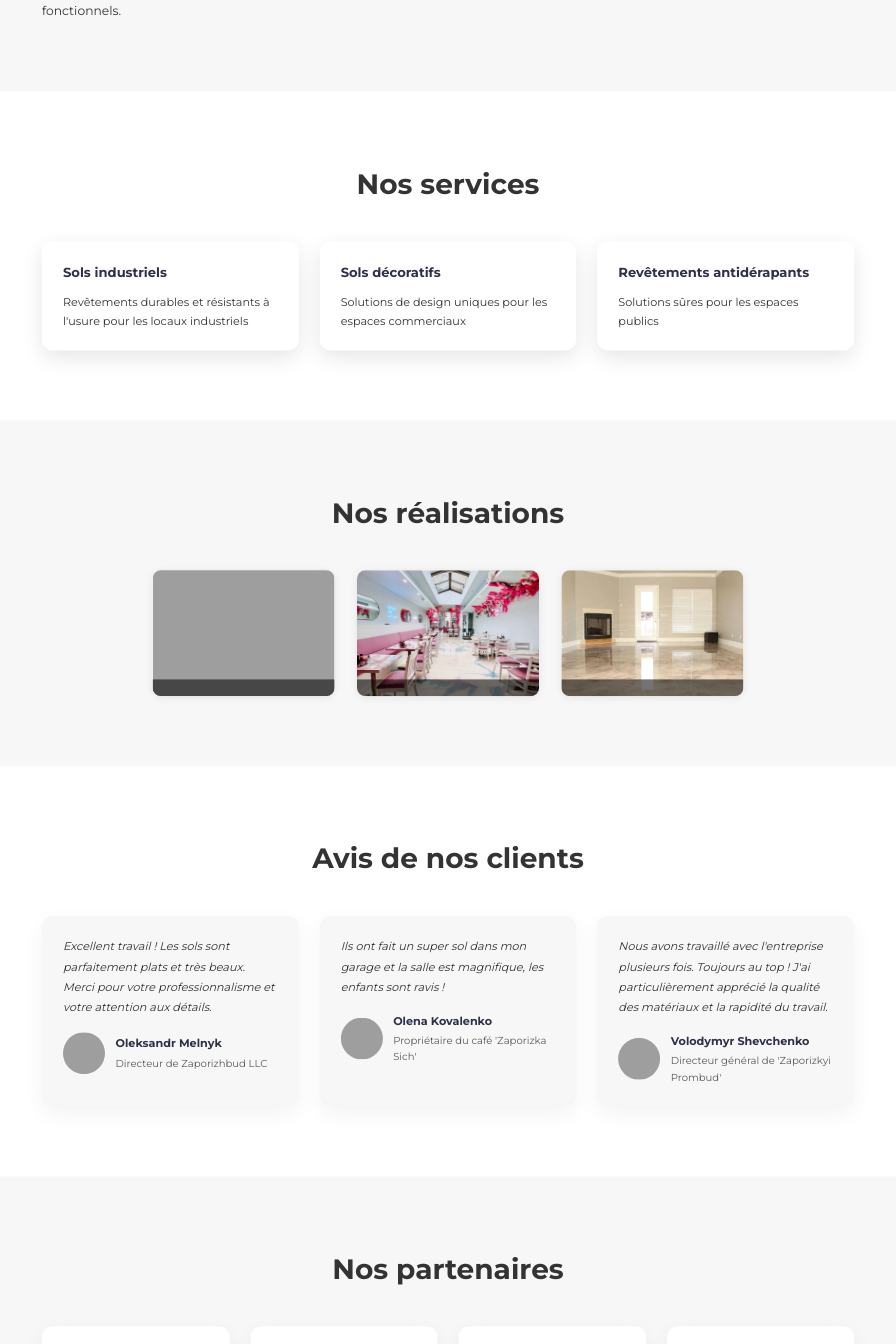
Repository: kerni-ca/kerni-ca
Page: index.html
An editor plug-in stored every save of this project. The page is shown before and after the next save, followed by the edit.
The browser window is 1280 px wide. The pictures show the part of the page from y = 1061 to 2981 px (the page is 4178 px tall), at 70% of full size.
Pictures or frames that could not be fetched are drawn as grey boxes. Backgrounds fixed to the window are drawn as part of the page.

Above is the page before, as saved 2025-07-04 13:36:23.

After the next save:
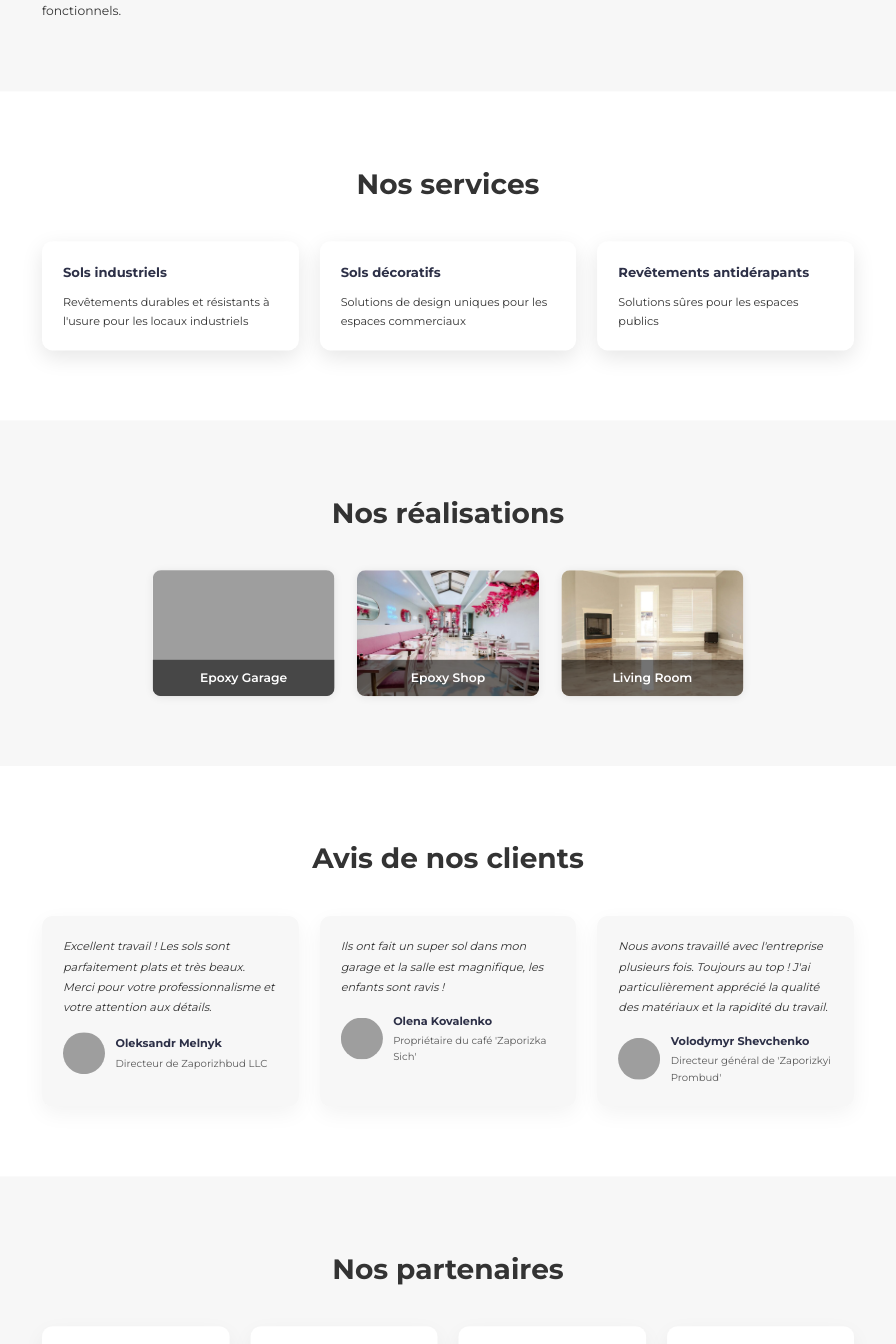
Saved 58 s later.
--- a/script.js
+++ b/script.js
@@ -8,12 +8,17 @@
 // Описания к фото (можно расширять)
 window.portfolioDescriptions = {
   1: {
+    0: "Epoxy Garage",
     1: "this is garage before",
     2: "this is final result of garage",
     4: "this is car inside garage with epoxy floor"
   },
   2: {
+    0: "Epoxy Shop",
     2: "mall with epoxy magic"
+  },
+  3: {
+    0: "Living Room"
   }
 };
 

After the save that followed:
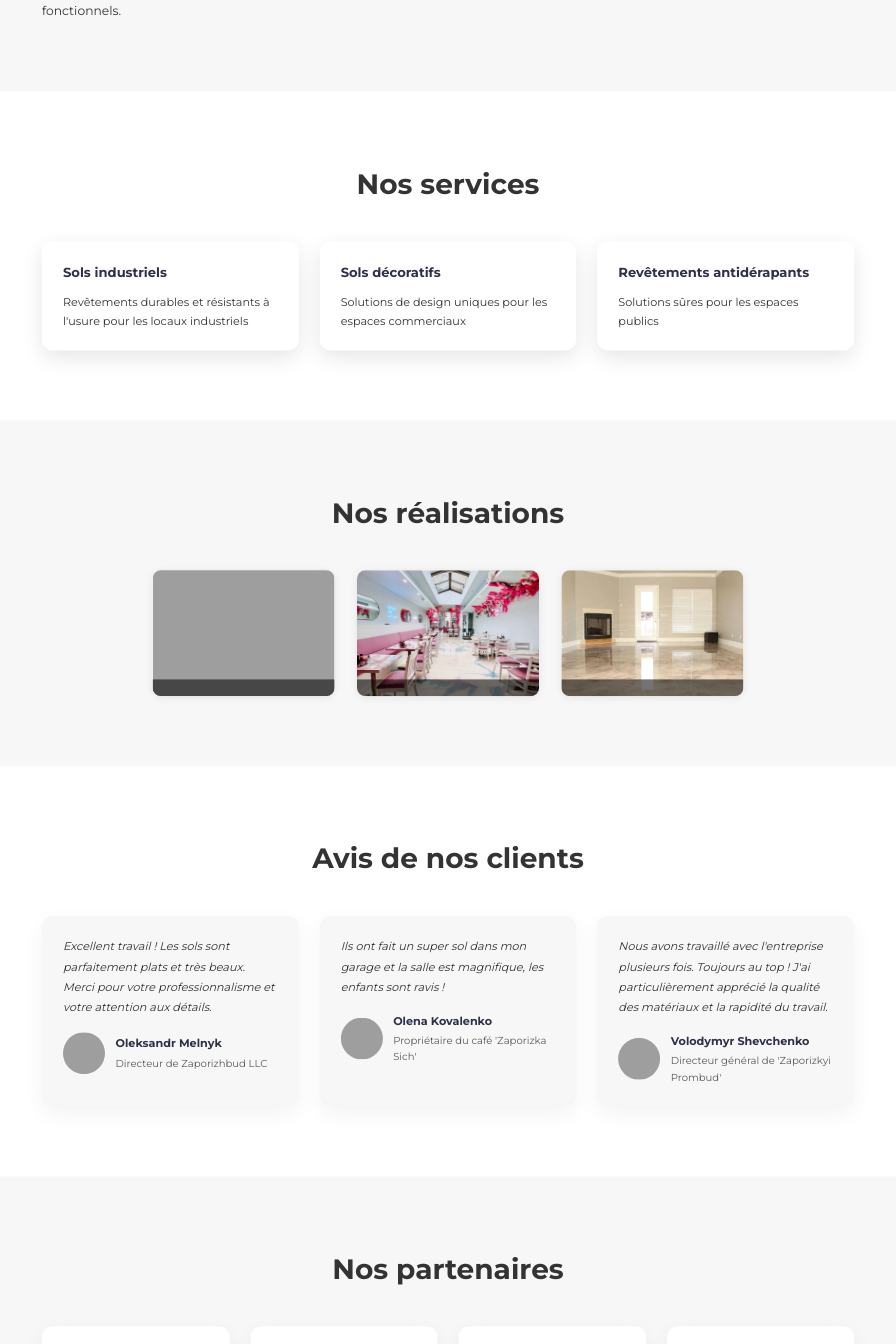
Saved 111 s later.
--- a/script.js
+++ b/script.js
@@ -1,26 +1,25 @@
 // --- Динамическая генерация портфолио ---
 // Пример структуры данных (можно расширять)
 const portfolioData = [
-  { client: 1, images: [ '1/1.jpg', '1/2.jpg', '1/3.jpg', '1/4.jpg' ] },
-  { client: 2, images: [ '2/1.jpg', '2/2.jpg', '2/3.jpg', '2/4.jpg' ] },
-  { client: 3, images: [ '3/1.jpg', '3/2.jpg', '3/3.jpg', '3/4.jpg' ] },
+  { client: 1, images: [ '1/1.jpg', '1/2.jpg', '1/3.jpg', '1/4.jpg' ], titleKey: 'portfolio_garage' },
+  { client: 2, images: [ '2/1.jpg', '2/2.jpg', '2/3.jpg', '2/4.jpg' ], titleKey: 'portfolio_shop' },
+  { client: 3, images: [ '3/1.jpg', '3/2.jpg', '3/3.jpg', '3/4.jpg' ], titleKey: 'portfolio_livingroom' },
 ];
-// Описания к фото (можно расширять)
-window.portfolioDescriptions = {
-  1: {
-    0: "Epoxy Garage",
-    1: "this is garage before",
-    2: "this is final result of garage",
-    4: "this is car inside garage with epoxy floor"
-  },
-  2: {
-    0: "Epoxy Shop",
-    2: "mall with epoxy magic"
-  },
-  3: {
-    0: "Living Room"
-  }
-};
+
+// Глобальный словарь переводов
+window.i18nDict = {};
+
+async function loadPortfolioLangDict() {
+  const lang = localStorage.getItem('lang') || 'fr';
+  const res = await fetch(lang + '.json');
+  window.i18nDict = await res.json();
+}
+
+function getPortfolioTitle(clientId) {
+  const item = portfolioData.find(x => x.client === clientId);
+  if (!item) return '';
+  return window.i18nDict[item.titleKey] || '';
+}
 
 let currentClient = 0;
 let currentCarouselIndex = 0;
@@ -106,12 +105,7 @@
     img.style.transition = 'transform 0.2s';
     tile.appendChild(img);
     // Подпись под плиткой
-    let tileDesc = '';
-    if (window.portfolioDescriptions[client.client] && window.portfolioDescriptions[client.client][0]) {
-      tileDesc = window.portfolioDescriptions[client.client][0];
-    } else {
-      tileDesc = '';
-    }
+    const tileDesc = getPortfolioTitle(client.client);
     const caption = document.createElement('div');
     caption.className = 'portfolio-tile-caption';
     caption.style.width = '100%';
@@ -134,7 +128,8 @@
   });
 }
 
-window.addEventListener('DOMContentLoaded', function() {
+window.addEventListener('DOMContentLoaded', async function() {
+  await loadPortfolioLangDict();
   buildPortfolioTiles();
   // Кнопки навигации и закрытия
   document.getElementById('carousel-close').onclick = closeCarousel;
